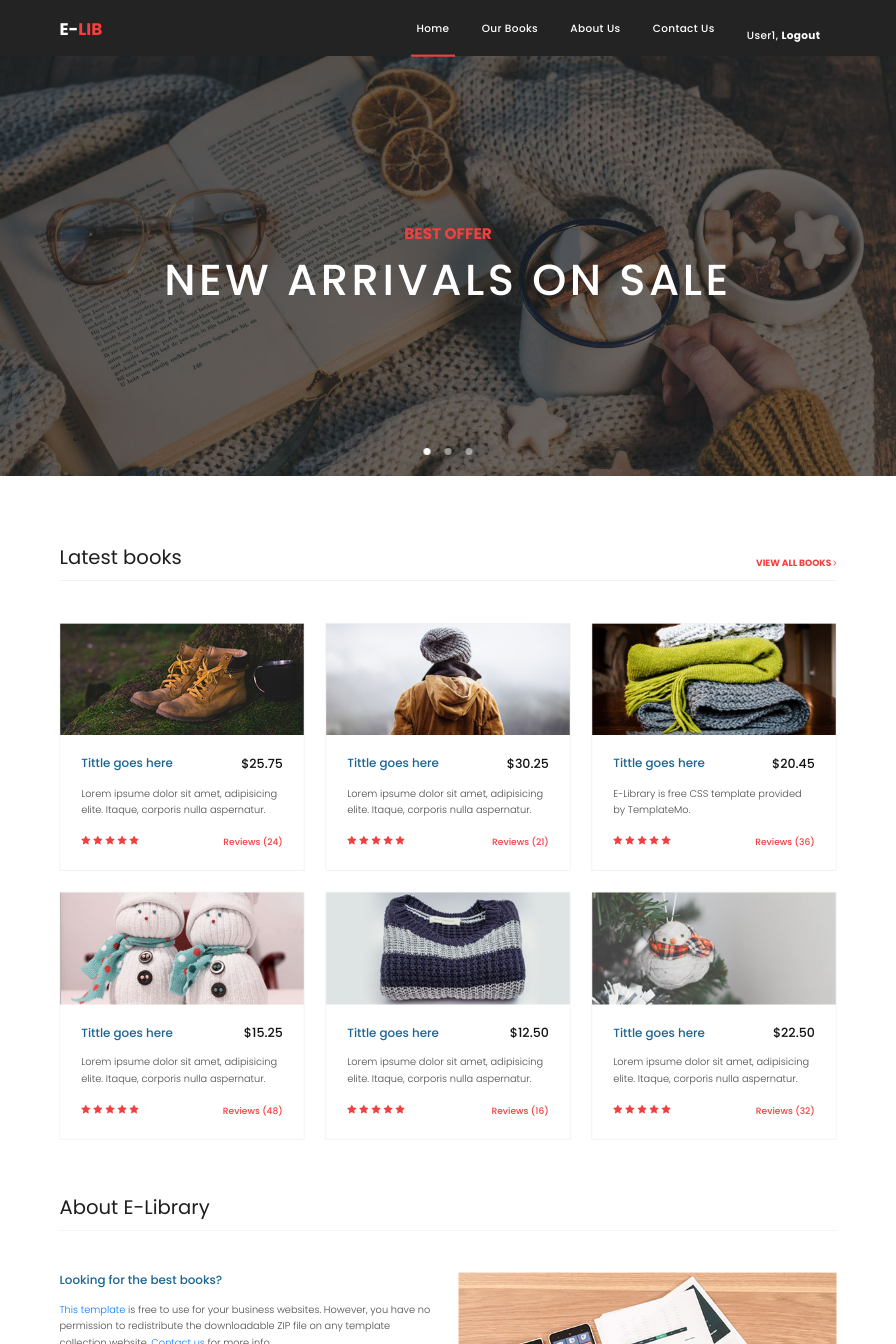
Repository: VanThen60hz/E-library
Page: index.html
An editor plug-in stored every save of this project. The page is shown before and after the next save, followed by the edit.
The browser window is 1280 px wide. The pictures show the part of the page from y = 0 to 1920 px (the page is 2632 px tall), at 70% of full size.

Above is the page before, as saved 2023-10-16 20:21:02.

After the next save:
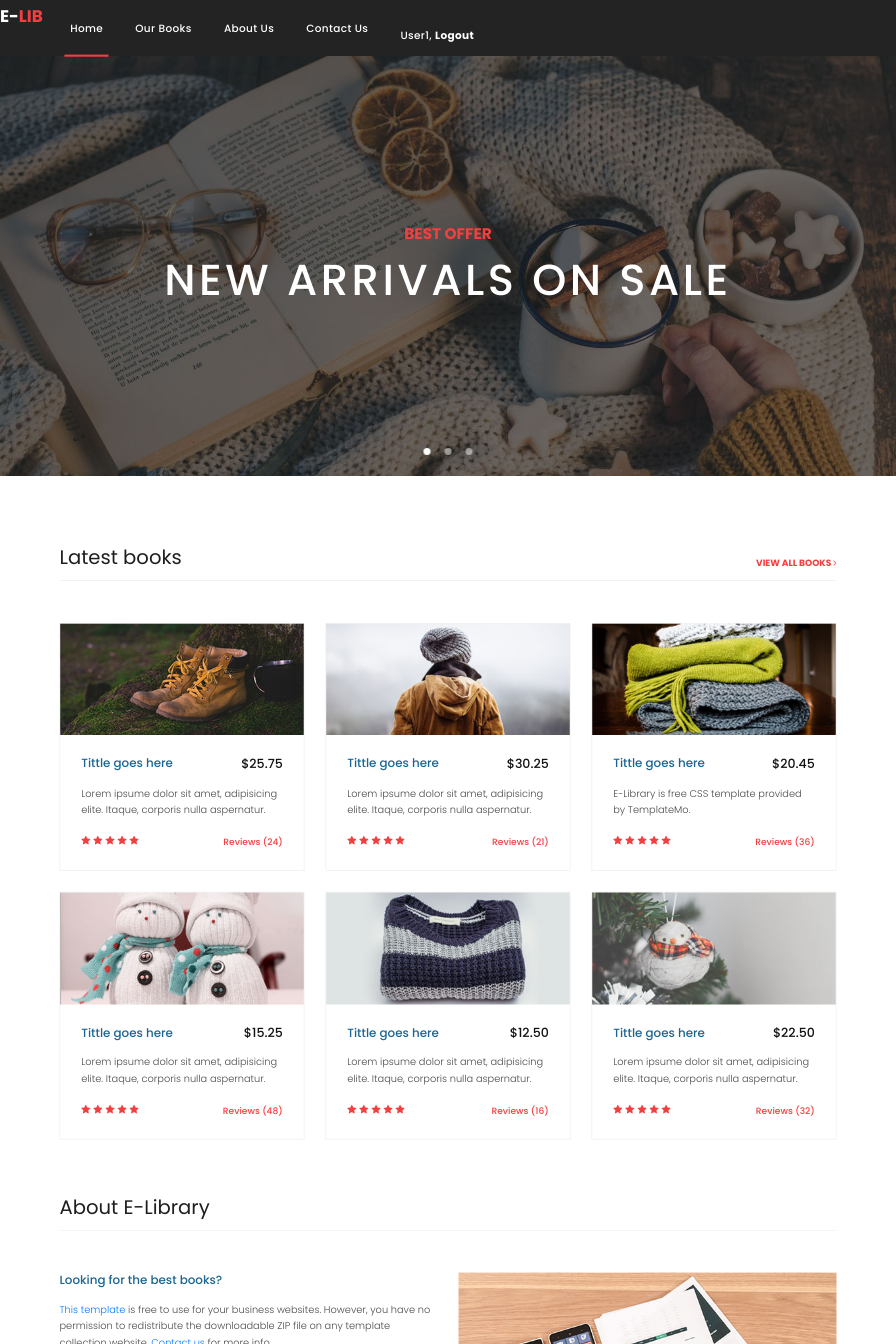
Saved 9 s later.
--- a/index.html
+++ b/index.html
@@ -40,7 +40,7 @@
     <header class="">
       <!-- ninh dep trai -->
       <nav class="navbar navbar-expand-lg">
-        <div class="container">
+        <div class="container-12345">
           <a class="navbar-brand" href="index.html"
             ><h2>E-<em>Lib</em></h2></a
           >
